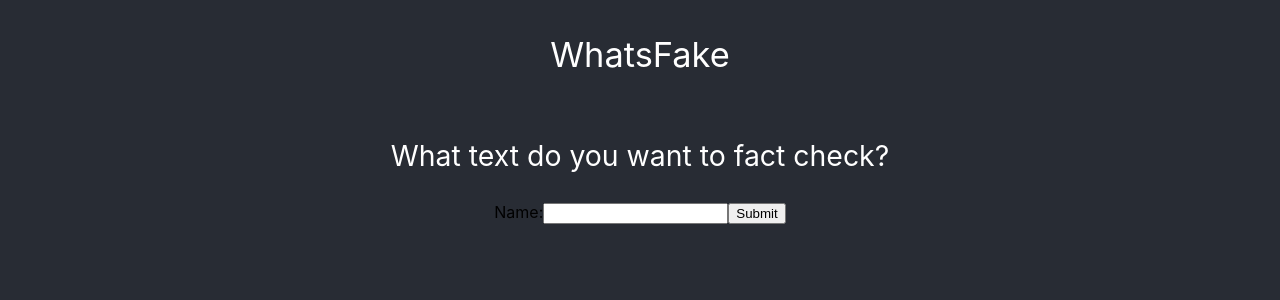
Repository: alkalox/FakeNews
Page: /
An editor plug-in stored every save of this project. The page is shown before and after the next save, followed by the edit.
The browser window is 1280 px wide. The pictures show the whole page.
The project was rebuilt for these pictures with package versions that can differ from the ones it lists, and the page was loaded fresh each time.

Above is the page before, as saved 2019-04-19 21:31:26.

### src/App.js
import React, { Component } from 'react';
import './App.css';

class App extends Component {
  constructor(props) {
    super(props);
    this.state = {value: ''};

    this.handleChange = this.handleChange.bind(this);
    this.handleSubmit = this.handleSubmit.bind(this);
  }

  handleChange(event) {
    this.setState({value: event.target.value});
  }

  handleSubmit(event) {
    alert('A name was submitted: ' + this.state.value);
    event.preventDefault();
  }

  render() {
    return (
      <div className="App">
        <div className = "Header">
          <header className="App-header">
            <p>
              WhatsFake
            </p>
          </header>
          <p className ="text">
            What text do you want to fact check?
          </p>
          <div className="Form">
            <form onSubmit={this.handleSubmit}>
              <label>
                Name:
                <input type="text" value={this.state.value} onChange={this.handleChange} />
              </label>
              <input type="submit" value="Submit" />
            </form>
          </div>
        </div>
      </div>
    );
  }
}

export default App;

### src/App.css
.App {
  text-align: center;
}
.Header {
  text-align: center;
  background-color: #282c34;
  min-height: 100vh;
}
.App-header {
  display: flex;
  flex-direction: column;
  align-items: center;
  justify-content: flex-start;
  font-size: calc(20px + 2vmin);
  color: white;
}

.text {
  display: flex;
  flex-direction: column;
  align-items: center;
  justify-content: center;
  font-size: calc(14px + 2vmin);
  color: white;
}

@keyframes App-logo-spin {
  from {
    transform: rotate(0deg);
  }
  to {
    transform: rotate(360deg);
  }
}

Loaded but not shown: public/index.html (common file); src/index.js (common file); src/index.css (common file); src/serviceWorker.js (common file)

After the next save:
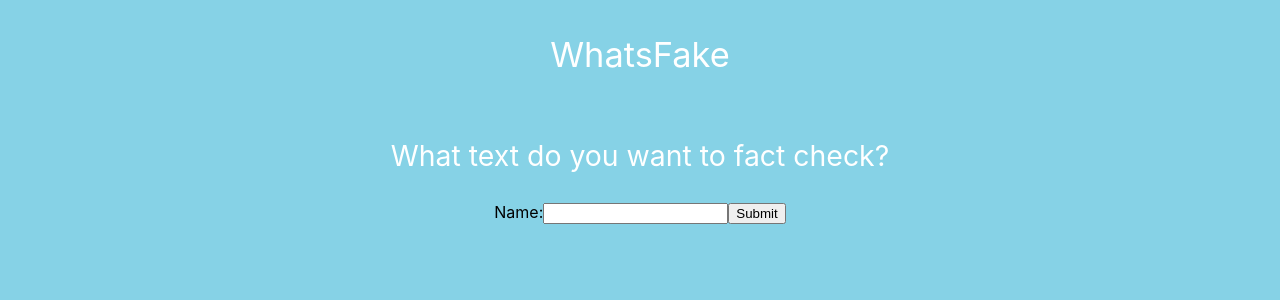
Saved 25 s later.
--- a/src/App.css
+++ b/src/App.css
@@ -3,7 +3,7 @@
 }
 .Header {
   text-align: center;
-  background-color: #282c34;
+  background-color: #86d2e6;
   min-height: 100vh;
 }
 .App-header {
